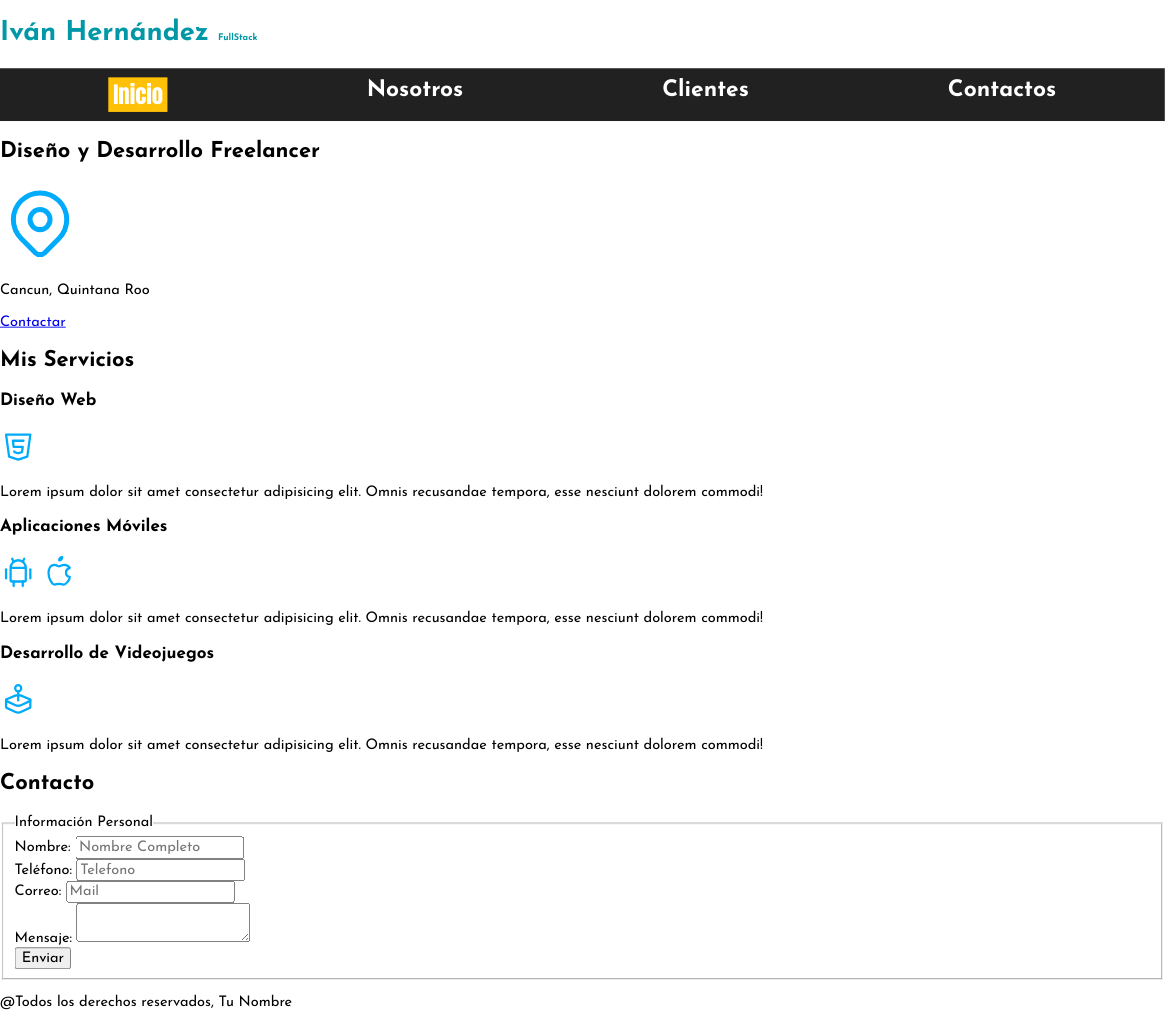
Repository: IvanHernandezMuro/freelance_base
Page: index.html
An editor plug-in stored every save of this project. The page is shown before and after the next save, followed by the edit.
The browser window is 1280 px wide. The pictures show the whole page, at 91% of full size.
The pointer rests on the first visible `.navegacion-principal a`.

Above is the page before, as saved 2023-05-09 00:40:45.

### index.html
<!DOCTYPE html>
<html lang="en">
	<head>
		<meta charset="UTF-8" />
		<meta http-equiv="X-UA-Compatible" content="IE=edge" />
		<meta name="viewport" content="width=device-width, initial-scale=1.0" />
		<title>Freelancer</title>
		<link rel="stylesheet" href="./css/normalize.css" />
		<!--librerías-->
		<link rel="preconnect" href="https://fonts.googleapis.com" />
		<link rel="preconnect" href="https://fonts.gstatic.com" crossorigin />
		<link
			href="https://fonts.googleapis.com/css2?family=Josefin+Sans:wght@400;700&display=swap"
			rel="stylesheet" />
		<!--Estilos-->
		<link rel="preload" href="./css/styles.css" />
		<link rel="stylesheet" href="./css/styles.css" />
	</head>

	<body>
		<header class="header">
			<h1 class="titulo">Iván Hernández <span>FullStack</span></h1>
		</header>

		<div class="nav-bg">
			<nav class="navegacion-principal contenedor">
				<a href="/">Inicio</a>
				<a href="nosotros.html">Nosotros</a>
				<a href="#">Clientes</a>
				<a href="contacto.html">Contactos</a>
			</nav>
		</div>

		<!-- <img src="img/hero.jpg" alt="Imagen de fondo" width="25%"> -->

		<section class="hero">
			<div class="contenido-hero">
				<h2>Diseño y Desarrollo <span>Freelancer</span></h2>
				<div class="ubicacion">
					<svg
						xmlns="http://www.w3.org/2000/svg"
						class="icon icon-tabler icon-tabler-map-pin"
						width="88"
						height="88"
						viewBox="0 0 24 24"
						stroke-width="1.5"
						stroke="#00abfb"
						fill="none"
						stroke-linecap="round"
						stroke-linejoin="round">
						<path stroke="none" d="M0 0h24v24H0z" fill="none" />
						<circle cx="12" cy="11" r="3" />
						<path
							d="M17.657 16.657l-4.243 4.243a2 2 0 0 1 -2.827 0l-4.244 -4.243a8 8 0 1 1 11.314 0z" />
					</svg>
					<p>Cancun, Quintana Roo</p>
				</div>
				<a href="#" class="boton">Contactar</a>
			</div>
		</section>

		<!--Contenido principal-->
		<main class="contenedor sombra">
			<h2>Mis Servicios</h2>

			<div class="servicios">
				<!-- Proyecto 1 -->
				<section class="servicio">
					<h3>Diseño Web</h3>

					<div class="iconos">
						<svg
							xmlns="http://www.w3.org/2000/svg"
							class="icon icon-tabler icon-tabler-brand-html5"
							width="40"
							height="40"
							viewBox="0 0 24 24"
							stroke-width="1.5"
							stroke="#00abfb"
							fill="none"
							stroke-linecap="round"
							stroke-linejoin="round">
							<path stroke="none" d="M0 0h24v24H0z" fill="none" />
							<path d="M20 4l-2 14.5l-6 2l-6 -2l-2 -14.5z" />
							<path d="M15.5 8h-7l.5 4h6l-.5 3.5l-2.5 .75l-2.5 -.75l-.1 -.5" />
						</svg>
					</div>
					<p>
						Lorem ipsum dolor sit amet consectetur adipisicing elit. Omnis
						recusandae tempora, esse nesciunt dolorem commodi!
					</p>
				</section>

				<!-- Proyecto 2 -->
				<section class="servicio">
					<h3>Aplicaciones Móviles</h3>

					<div class="iconos">
						<svg
							xmlns="http://www.w3.org/2000/svg"
							class="icon icon-tabler icon-tabler-brand-android"
							width="40"
							height="40"
							viewBox="0 0 24 24"
							stroke-width="1.5"
							stroke="#00abfb"
							fill="none"
							stroke-linecap="round"
							stroke-linejoin="round">
							<path stroke="none" d="M0 0h24v24H0z" fill="none" />
							<line x1="4" y1="10" x2="4" y2="16" />
							<line x1="20" y1="10" x2="20" y2="16" />
							<path
								d="M7 9h10v8a1 1 0 0 1 -1 1h-8a1 1 0 0 1 -1 -1v-8a5 5 0 0 1 10 0" />
							<line x1="8" y1="3" x2="9" y2="5" />
							<line x1="16" y1="3" x2="15" y2="5" />
							<line x1="9" y1="18" x2="9" y2="21" />
							<line x1="15" y1="18" x2="15" y2="21" />
						</svg>
						<svg
							xmlns="http://www.w3.org/2000/svg"
							class="icon icon-tabler icon-tabler-brand-apple"
							width="40"
							height="40"
							viewBox="0 0 24 24"
							stroke-width="1.5"
							stroke="#00abfb"
							fill="none"
							stroke-linecap="round"
							stroke-linejoin="round">
							<path stroke="none" d="M0 0h24v24H0z" fill="none" />
							<path
								d="M9 7c-3 0 -4 3 -4 5.5c0 3 2 7.5 4 7.5c1.088 -.046 1.679 -.5 3 -.5c1.312 0 1.5 .5 3 .5s4 -3 4 -5c-.028 -.01 -2.472 -.403 -2.5 -3c-.019 -2.17 2.416 -2.954 2.5 -3c-1.023 -1.492 -2.951 -1.963 -3.5 -2c-1.433 -.111 -2.83 1 -3.5 1c-.68 0 -1.9 -1 -3 -1z" />
							<path d="M12 4a2 2 0 0 0 2 -2a2 2 0 0 0 -2 2" />
						</svg>
					</div>
					<p>
						Lorem ipsum dolor sit amet consectetur adipisicing elit. Omnis
						recusandae tempora, esse nesciunt dolorem commodi!
					</p>
				</section>

				<!-- Proyecto 3 -->
				<section class="servicio">
					<h3>Desarrollo de Videojuegos</h3>

					<div class="iconos">
						<svg
							xmlns="http://www.w3.org/2000/svg"
							class="icon icon-tabler icon-tabler-brand-apple-arcade"
							width="40"
							height="40"
							viewBox="0 0 24 24"
							stroke-width="1.5"
							stroke="#00abfb"
							fill="none"
							stroke-linecap="round"
							stroke-linejoin="round">
							<path stroke="none" d="M0 0h24v24H0z" fill="none" />
							<circle cx="12" cy="5" r="2" />
							<path
								d="M20 12.5v4.75a0.734 .734 0 0 1 -.055 .325a0.704 .704 0 0 1 -.348 .366l-5.462 2.58a4.998 4.998 0 0 1 -4.27 0l-5.462 -2.58a0.705 .705 0 0 1 -.401 -.691l-.002 -4.75" />
							<path
								d="M4.431 12.216l5.634 -2.332a5.065 5.065 0 0 1 3.87 0l5.634 2.332a0.692 .692 0 0 1 .028 1.269l-5.462 2.543a5.064 5.064 0 0 1 -4.27 0l-5.462 -2.543a0.691 .691 0 0 1 .028 -1.27z" />
							<line x1="12" y1="7" x2="12" y2="13" />
						</svg>
					</div>
					<p>
						Lorem ipsum dolor sit amet consectetur adipisicing elit. Omnis
						recusandae tempora, esse nesciunt dolorem commodi!
					</p>
				</section>
			</div>

			<!-- Contacto -->
			<section>
				<h2>Contacto</h2>
				<form class="formulario" action="">
					<!-- Informacion Personal -->
					<fieldset>
						<legend>Información Personal</legend>

						<div class="contenedor-campos">
							<div class="campo">
								<label for="name">Nombre: </label>
								<input
									class="input-text"
									type="text"
									id="name"
									placeholder="Nombre Completo"
									required />
							</div>

							<div class="campo">
								<label for="telefono">Teléfono: </label>
								<input
									class="input-text"
									type="tel"
									id="telefono"
									placeholder="Telefono"
									required />
							</div>

							<div class="campo">
								<label for="email">Correo: </label>
								<input
									class="input-text"
									type="email"
									id="email"
									placeholder="Mail"
									required />
							</div>

							<div class="campo">
								<label for="text">Mensaje: </label>
								<textarea class="input-text" id="text"></textarea>
							</div>
						</div>

						<div class="alinear-derecha flex">
							<button class="boton w-100" type="submit">Enviar</button>
						</div>
					</fieldset>
					<!-- <input type="submit" value="Enviar" class="boton boton-verde"> -->
				</form>
			</section>
		</main>
		<footer>
			<p>@Todos los derechos reservados, Tu Nombre</p>
		</footer>
	</body>
</html>

### css/styles.css
/** Estos son Pseudoselectores **/

:root {
	/*Custom properties*/
	--white: #fff;
	--black: #212121;
	--primary: #ffc107;
	--secondary: #0097a7;
	--gris: #757575;
	--fuentes-principal: 3.8rem;
}

html {
	font-size: 62.5%;
	font-family: "Segoe UI", Tahoma, Geneva, Verdana, sans-serif;
}

body {
	font-size: 16px;
	font-family: "Josefin Sans", sans-serif;
}

.titulo {
	font-size: 3rem;
	color: var(--secondary);
}
.titulo span {
	font-size: 1rem;
}

.navegacion-principal {
	padding: 1rem;
	display: flex;
	justify-content: space-around;
}
.navegacion-principal a {
	text-decoration: none;
	font-size: 2.5rem;
	font-weight: 700;
	color: var(--white);
}
.navegacion-principal a:hover {
	background-color: var(--primary);
	padding: 0.5rem;
	font-family: Impact, Haettenschweiler, "Arial Narrow Bold", sans-serif;
}

.contenedor {
}
.nav-bg {
	background-color: var(--black);
}

Loaded but not shown: css/normalize.css (library)

After the next save:
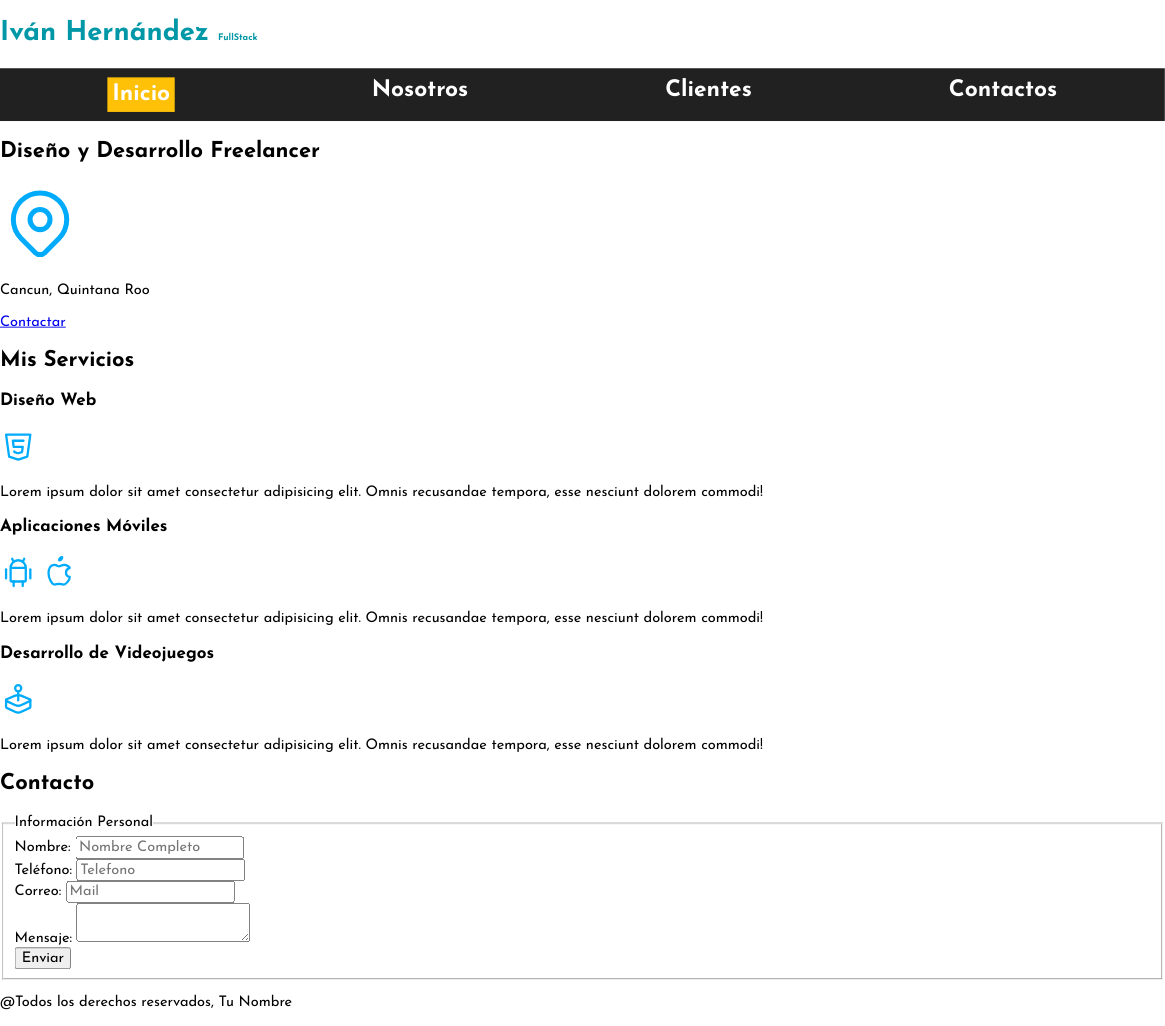
Saved 38 s later.
--- a/css/styles.css
+++ b/css/styles.css
@@ -42,7 +42,6 @@ body {
 .navegacion-principal a:hover {
 	background-color: var(--primary);
 	padding: 0.5rem;
-	font-family: Impact, Haettenschweiler, "Arial Narrow Bold", sans-serif;
 }
 
 .contenedor {
